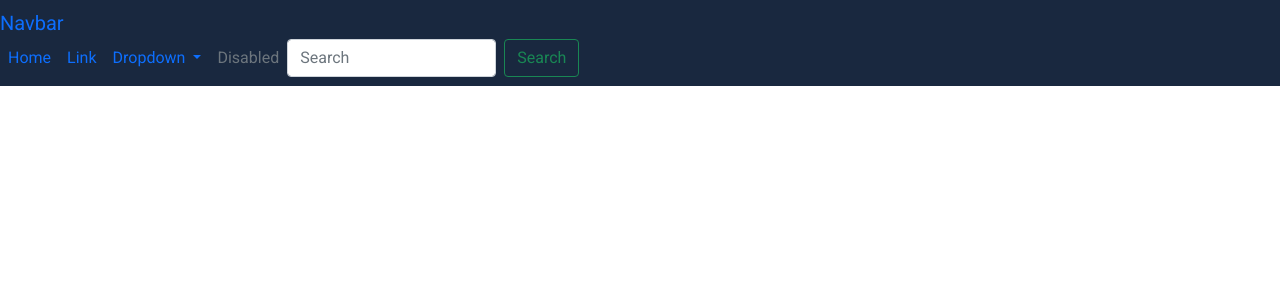
Repository: widdo/Front-end
Page: indix.html
The author's editor kept a copy of each file at every save. The page is drawn from the files as they stood at one save, then again after the next save.
The browser window is 1280 px wide. The pictures show the whole page.

Above is the page before, as saved 2022-03-10 13:04:36.

After the next save:
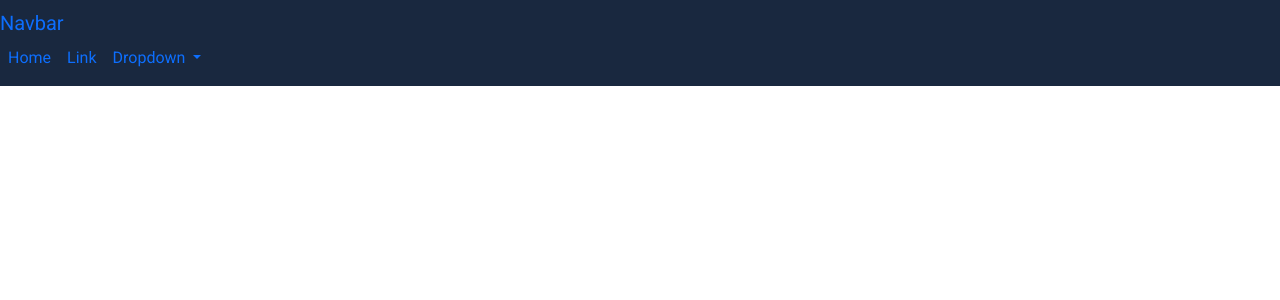
Saved 97 s later.
--- a/indix.html
+++ b/indix.html
@@ -39,14 +39,9 @@
               <li><a class="dropdown-item" href="#">Something else here</a></li>
             </ul>
           </li>
-          <li class="nav-item">
-            <a class="nav-link disabled">Disabled</a>
-          </li>
+
         </ul>
-        <form class="d-flex">
-          <input class="form-control me-2" type="search" placeholder="Search" aria-label="Search">
-          <button class="btn btn-outline-success" type="submit">Search</button>
-        </form>
+
       </div>
     </div>
   </nav>
